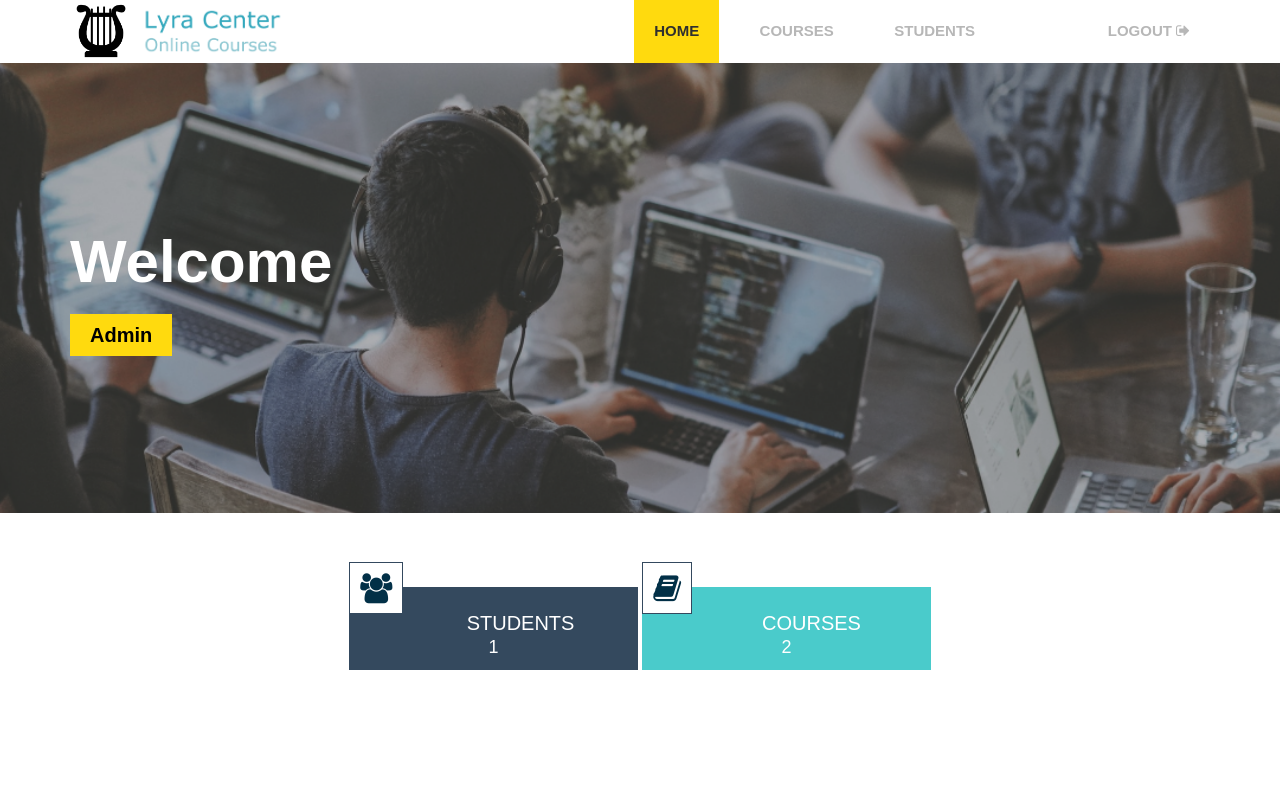
Repository: jersmaecrz/lyra-center
Page: http://localhost/aHome.php
These files come from the project's save history. The page is drawn as it stood at one moment and after the next save; the edit follows.
The browser window is 1280 px wide. The pictures show the whole page.
Some web fonts or font styles are not loaded; a fallback is used. The page is run by PHP 8.4 with error messages shown; the project is at /var/www/html/.

Above is the page before, as saved 2022-12-03 21:59:10.

After the next save:
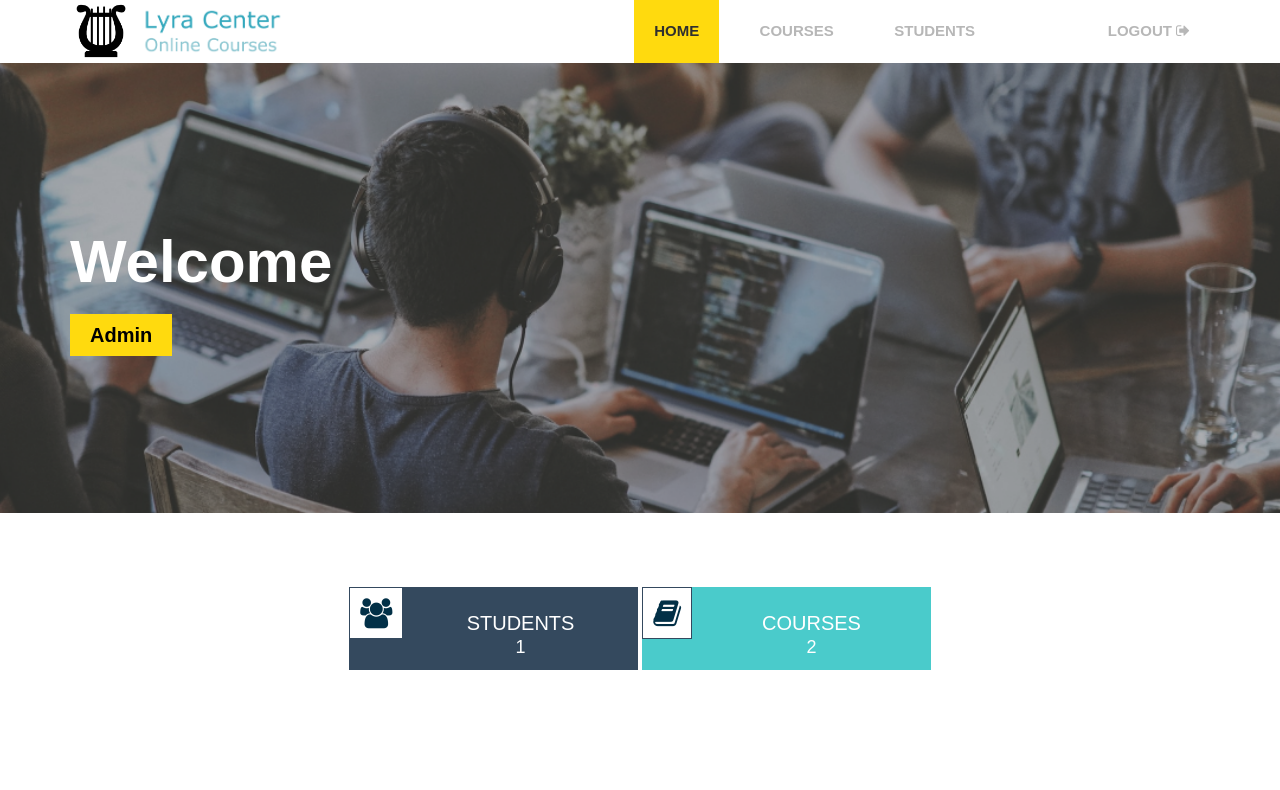
Saved 10 s later.
--- a/css/admin-home-style.css
+++ b/css/admin-home-style.css
@@ -21,7 +21,6 @@
 	font-size: 30px;
 	padding:10px;
 	border:1px solid #34495E;
-	margin-top:-25px;
 	margin-bottom: 10px;
 	background-color:#fff;
     float: left;
